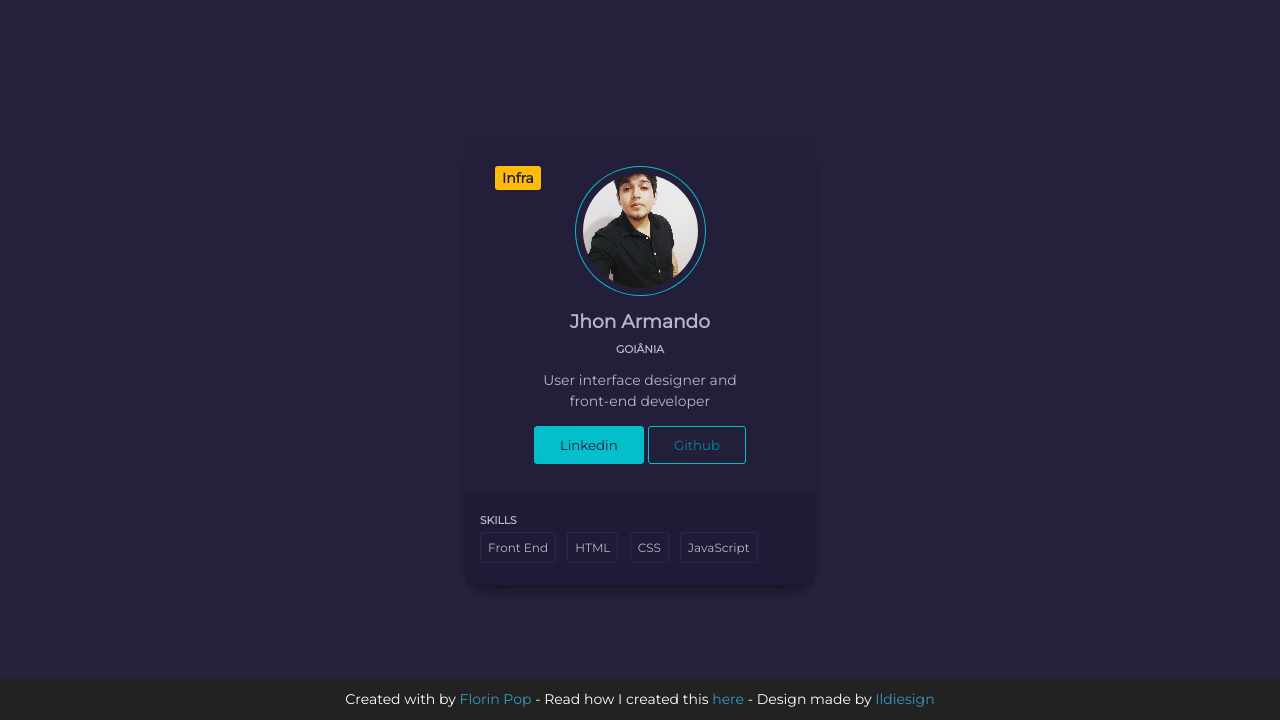
Repository: JhonMercedes/flip-card
Page: index.html
An editor plug-in stored every save of this project. The page is shown before and after the next save, followed by the edit.
The browser window is 1280 px wide. The pictures show the whole page.

Above is the page before, as saved 2021-12-03 16:25:09.

### index.html
<!DOCTYPE html>
<html lang="en">

<head>
    <meta charset="UTF-8">
    <meta http-equiv="X-UA-Compatible" content="IE=edge">
    <meta name="viewport" content="width=device-width, initial-scale=1.0">
    <link rel="stylesheet" href="style.css">
    <title>Document</title>
</head>

<body>

    <div class="card-container">
        <span class="pro">Infra</span>
        <img class="round" src="jhonarmando.jpeg" alt="user" />
        <h3>Jhon Armando</h3>
        <h6>Goiânia</h6>
        <p>User interface designer and <br /> front-end developer</p>
        <div class="buttons">
            <button class="primary">
                Linkedin
            </button>
            <button class="primary ghost">
                Github
            </button>
        </div>
        <div class="skills">
            <h6>Skills</h6>
            <ul>
                <li>Front End</li>
                <li>HTML</li>
                <li>CSS</li>
                <li>JavaScript</li>

            </ul>
        </div>
    </div>

    <footer>
        <p>
            Created with <i class="fa fa-heart"></i> by
            <a target="_blank" href="https://florin-pop.com">Florin Pop</a>
            - Read how I created this
            <a target="_blank" href="https://florin-pop.com/blog/2019/04/profile-card-design">here</a>
            - Design made by
            <a target="_blank" href="https://dribbble.com/shots/6276930-Profile-Card-UI-Design">Ildiesign</a>
        </p>
    </footer>
</body>

</html>

### style.css
@import url('https://fonts.googleapis.com/css?family=Montserrat');

*{
	box-sizing: border-box;
}

body {
	background-color: #28223F;
	font-family: Montserrat, sans-serif;

	display: flex;
	align-items: center;
	justify-content: center;
	flex-direction: column;

	min-height: 100vh;
	margin: 0;
}

h3 {
	margin: 10px 0;
}

h6 {
	margin: 5px 0;
	text-transform: uppercase;
}

p {
	font-size: 14px;
	line-height: 21px;
}

.card-container {
	background-color: #231E39;
	border-radius: 5px;
	box-shadow: 0px 10px 20px -10px rgba(0,0,0,0.75);
	color: #B3B8CD;
	padding-top: 30px;
	position: relative;
	width: 350px;
	max-width: 100%;
	text-align: center;
}

.card-container .pro {
	color: #231E39;
	background-color: #FEBB0B;
	border-radius: 3px;
	font-size: 14px;
	font-weight: bold;
	padding: 3px 7px;
	position: absolute;
	top: 30px;
	left: 30px;
}

.card-container .round {
	border: 1px solid #03BFCB;
	border-radius: 50%;
	padding: 7px;
}

button.primary {
	background-color: #03BFCB;
	border: 1px solid #03BFCB;
	border-radius: 3px;
	color: #231E39;
	font-family: Montserrat, sans-serif;
	font-weight: 500;
	padding: 10px 25px;
}

button.primary.ghost {
	background-color: transparent;
	color: #02899C;
}

.skills {
	background-color: #1F1A36;
	text-align: left;
	padding: 15px;
	margin-top: 30px;
}

.skills ul {
	list-style-type: none;
	margin: 0;
	padding: 0;
}

.skills ul li {
	border: 1px solid #2D2747;
	border-radius: 2px;
	display: inline-block;
	font-size: 12px;
	margin: 0 7px 7px 0;
	padding: 7px;
}

footer {
    background-color: #222;
    color: #fff;
    font-size: 14px;
    bottom: 0;
    position: fixed;
    left: 0;
    right: 0;
    text-align: center;
    z-index: 999;
}

footer p {
    margin: 10px 0;
}

footer i {
    color: red;
}

footer a {
    color: #3c97bf;
    text-decoration: none;
}

After the next save:
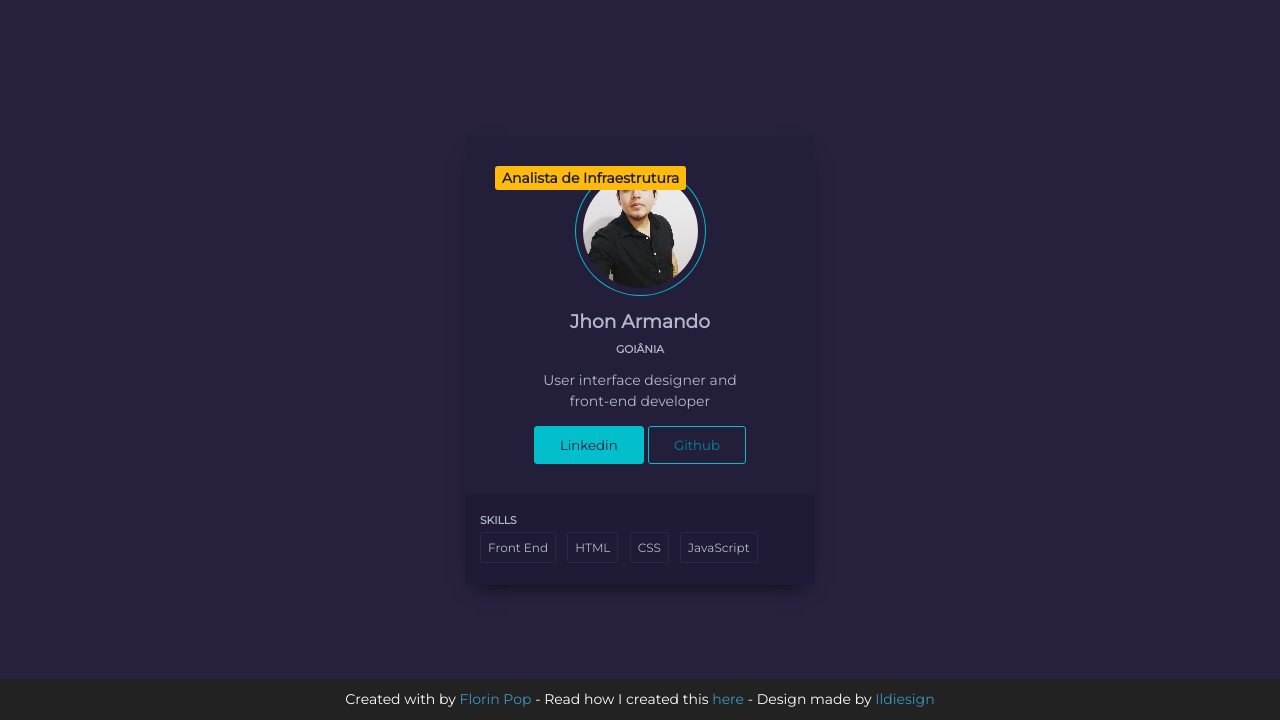
Saved 4 min 7 s later.
--- a/index.html
+++ b/index.html
@@ -12,7 +12,7 @@
 <body>
 
     <div class="card-container">
-        <span class="pro">Infra</span>
+        <span class="pro">Analista de Infraestrutura</span>
         <img class="round" src="jhonarmando.jpeg" alt="user" />
         <h3>Jhon Armando</h3>
         <h6>Goiânia</h6>
